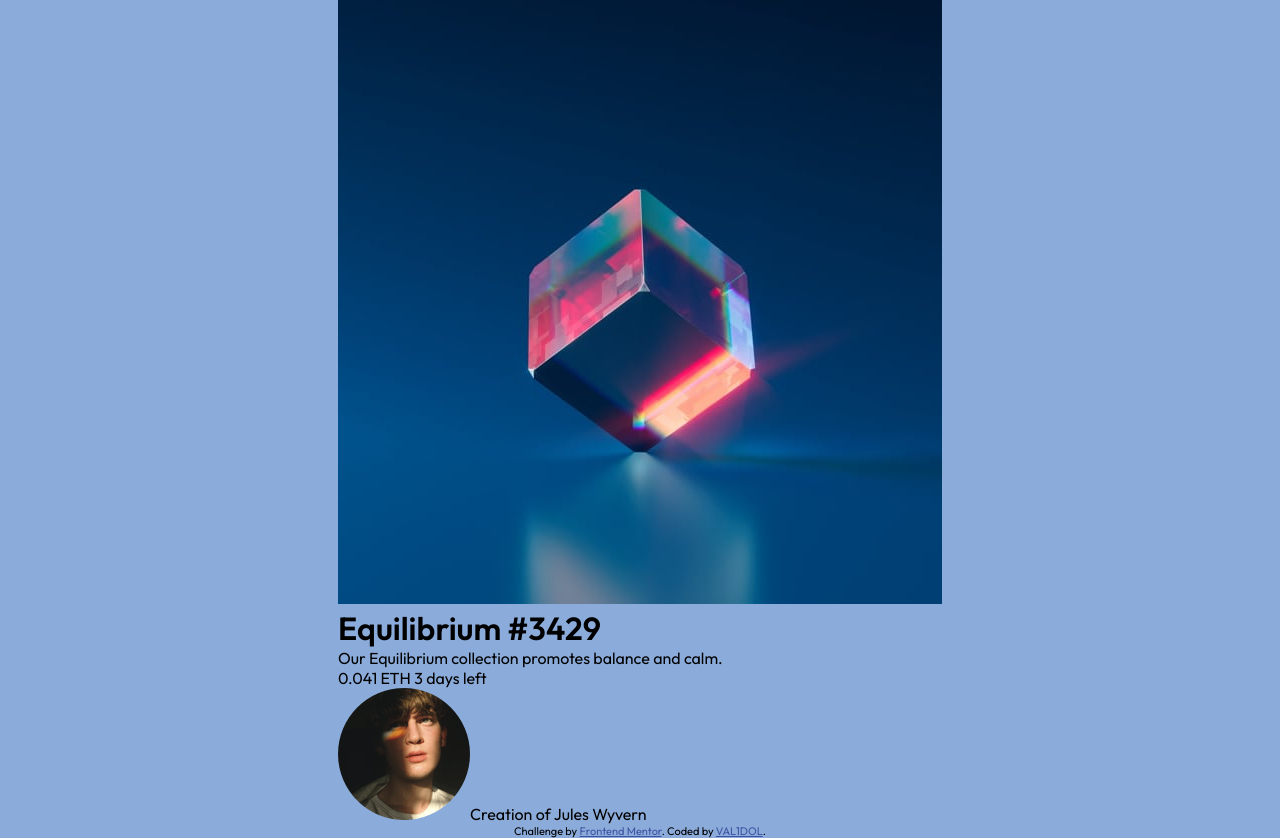
Repository: VAL1DOL-web/fm-NFT-preview-card-component
Page: index.html
The author's editor kept a copy of each file at every save. The page is drawn from the files as they stood at one save, then again after the next save.
The browser window is 1280 px wide. The pictures show the whole page.

Above is the page before, as saved 2024-01-07 15:03:35.

After the next save:
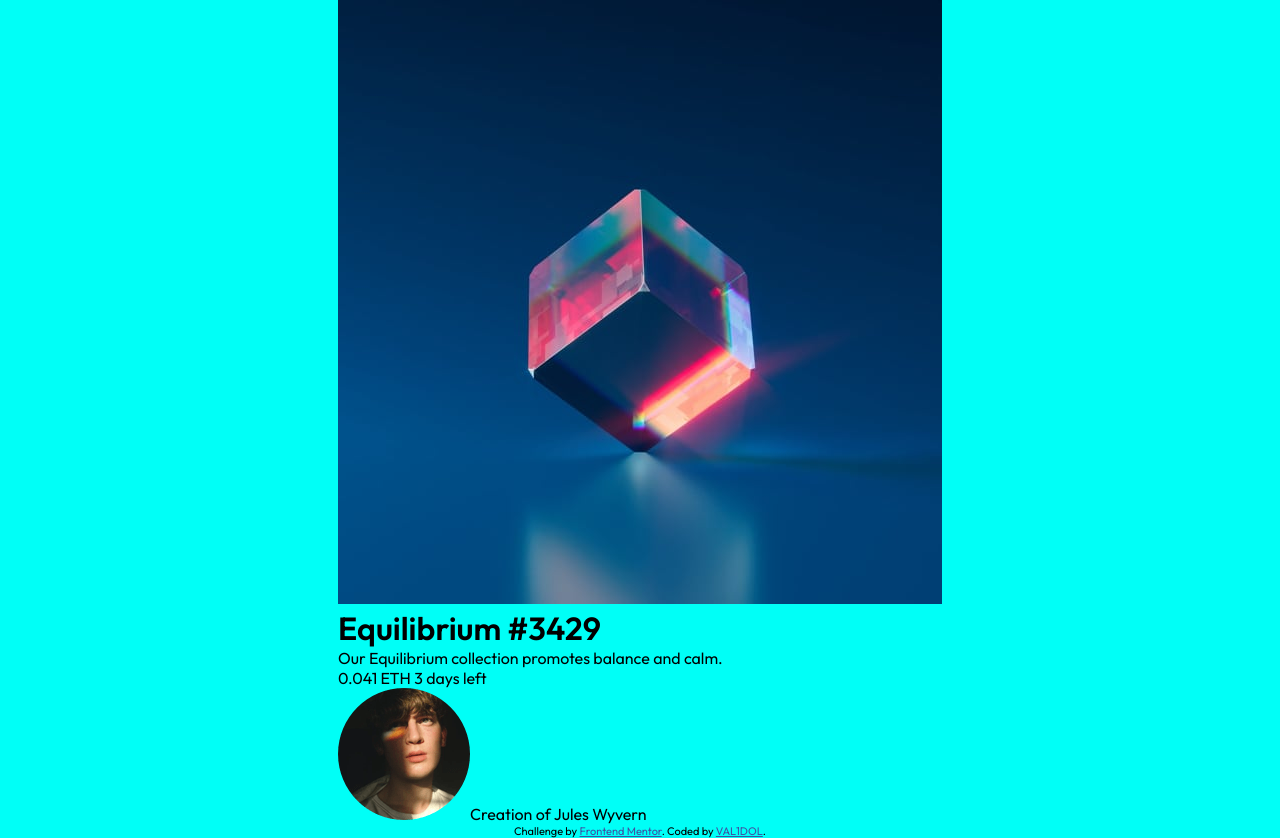
Saved 42 s later.
--- a/style.css
+++ b/style.css
@@ -14,7 +14,7 @@
     flex-direction: column;
     justify-content: center;
     align-items: center;
-    background: hsl(215, 51%, 70%);
+    background: hsl(178, 100%, 50%);
   }
   .container {
 
